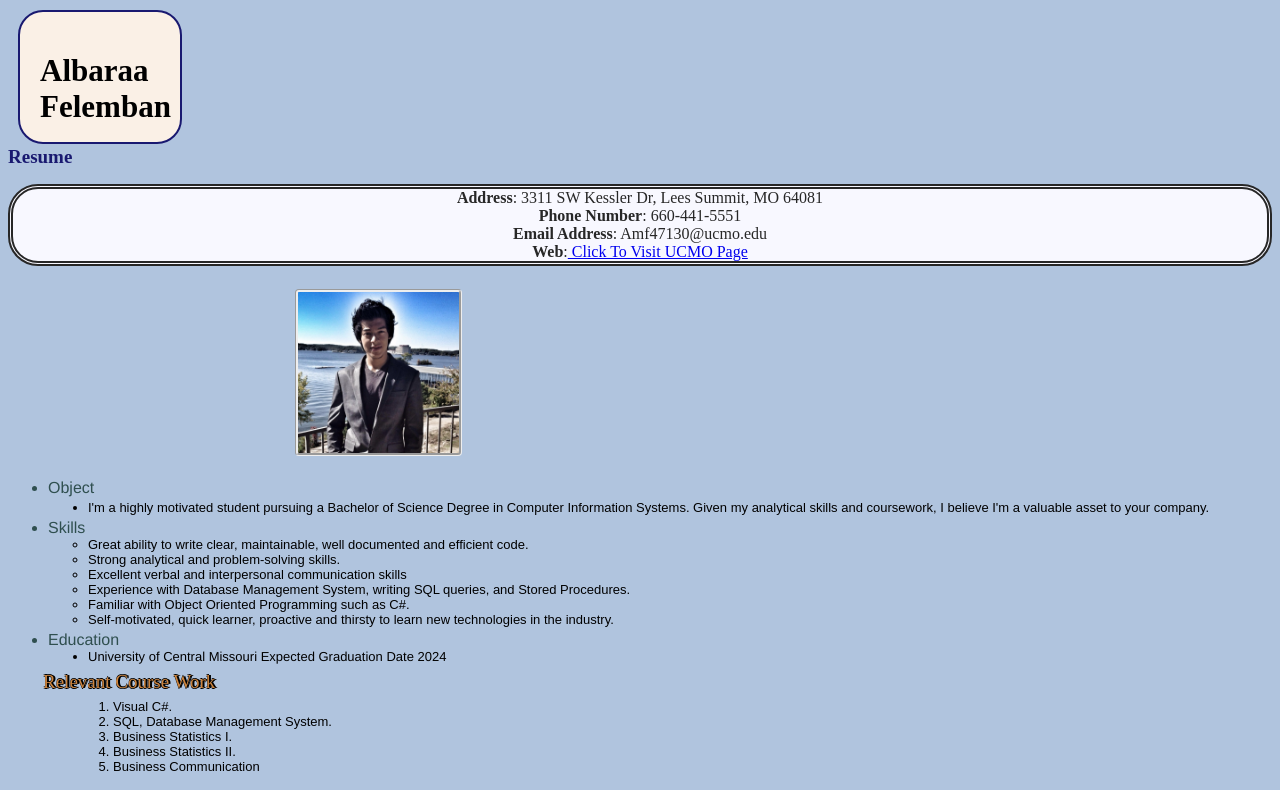
Repository: MrFelemban/RealEstate_Web-cis2625
Page: lesson1/index.html
The author's editor kept a record of every edit. The page is drawn from the files as they stood at one moment, then again after the next edit.
The browser window is 1280 px wide. The pictures show the whole page.

Above is the page before.

### lesson1/index.html
<!DOCTYPE html>

<head>
	<meta charset="UTF-8">
	<title> My Resume </title>
	<link rel="stylesheet" href="./Resume.css" type="text/css">
</head>

<body>
	<table name="top" id="top">
		<tr>
			<td>
				<img src="PersonalPhoto.jpg" alt="Profile Picture">
			</td>
			<div class="Div_Name">
				<h1> Albaraa Felemban</h1>
			</div>
			<h2>Resume</h2>
			<div class="myDiv">
				<b>Address</b>: 3311 SW Kessler Dr, Lees Summit, MO 64081</br>
				<b>Phone Number</b>: 660-441-5551</br>
				<b>Email Address</b>: Amf47130@ucmo.edu</br>
				<b>Web</b>:<a href=" http://www.ucmo.edu"> Click To Visit UCMO Page </a>
				</td>
		</tr>
		</div>
	</table>
	<ul>
		<li class="Subject">Object</li>

		<li id="Hook">I'm a highly motivated student pursuing a Bachelor of Science Degree in Computer Information Systems. Given my analytical skills and coursework, I believe I'm a valuable asset to your company.</li>

		<li class="Subject">Skills</li>

		<div class="Skills">
			<ul>
				<li>Great ability to write clear, maintainable, well documented and efficient code.</li>
				<li>Strong analytical and problem-solving skills.</li>
				<li>Excellent verbal and interpersonal communication skills</li>
				<li>Experience with Database Management System, writing SQL queries, and Stored Procedures.</li>
				<li>Familiar with Object Oriented Programming such as C#.</li>
				<li>Self-motivated, quick learner, proactive and thirsty to learn new technologies in the industry.</li>
			</ul>
		</div>
		<li class="Subject">Education</li>
		<li id="Education">
			University of Central Missouri Expected Graduation Date 2024
		</li>
	</ul>
	<p id="Courses">Relevant Course Work </p>
	<ol>
		<div class="Course_Work">
			<li>Visual C#.</li>
			<li>SQL, Database Management System.</li>
			<li>Business Statistics I.</li>
			<li>Business Statistics II.</li>
			<li>Business Communication</li>
		</div>
	</ol>
</body>
</html>

### lesson1/Resume.css
	body {
		background-color: #B0C4DE;
	}

	.myDiv {
		border: 5px double #272727;
		border-radius: 30px;
		background-color: #F8F8FF;
		text-align: center;
		list-style-position: inside;
		color: #272727;

	}

	img {
		width: 161px;
		height: 161px;
		margin-left: 170%;
		margin-top: 20px;
		text-align: justify;
		border-radius: 4px;
		border: groove;


	}

	.Div_Name {

		margin: 10px;
		padding: 5px;
		background: #FAF0E6;
		font-size: 97%;
		float: inherit;
		margin-bottom: 2px;
		list-style-position: inside;

		border-radius: 25px;
		border: 2px solid #191970;
		padding: 20px;
		width: 120px;
		height: 90px;
	}

	p {
		font-family: serif;
		font-size: 25px;
		color: black;
	}

	#Hook {
		font-family: sans-serif;
		color: black;
		font-size: 13px;
		margin-left: 40px;
		margin-top: 3px;
		text-align: justify;
	}

	.Subject {
		font-family: helvetica;
		color: #2F4F4F;
		text-align: justify;
		margin-top: 4px;

	}


	.Skills>ul li {
		color: black;
		font-family: sans-serif;
		font-size: 13px;

	}

	/* "Resume" word code*/
	h2 {
		color: #191970;
		font-size: 19px;
		font-family: Black Times;
		margin-top: 1px;

	}

	#Education {
		font-family: helvetica;
		color: Black;
		font-size: 13px;
		margin-left: 40px;
	}

	.Course_Work {
		font-family: sans-serif;
		font-size: 13px;
		margin-left: 65px;
	}

	#Courses {
		margin-top: -9px;
		margin-bottom: -10px;
		margin-left: 35px;
		font-size: 19px;
		color: #CD853F;
		text-shadow: 2px 0 black, 0 1px black, 1px 0 black, 0 -1px black;

	}

After the next edit:
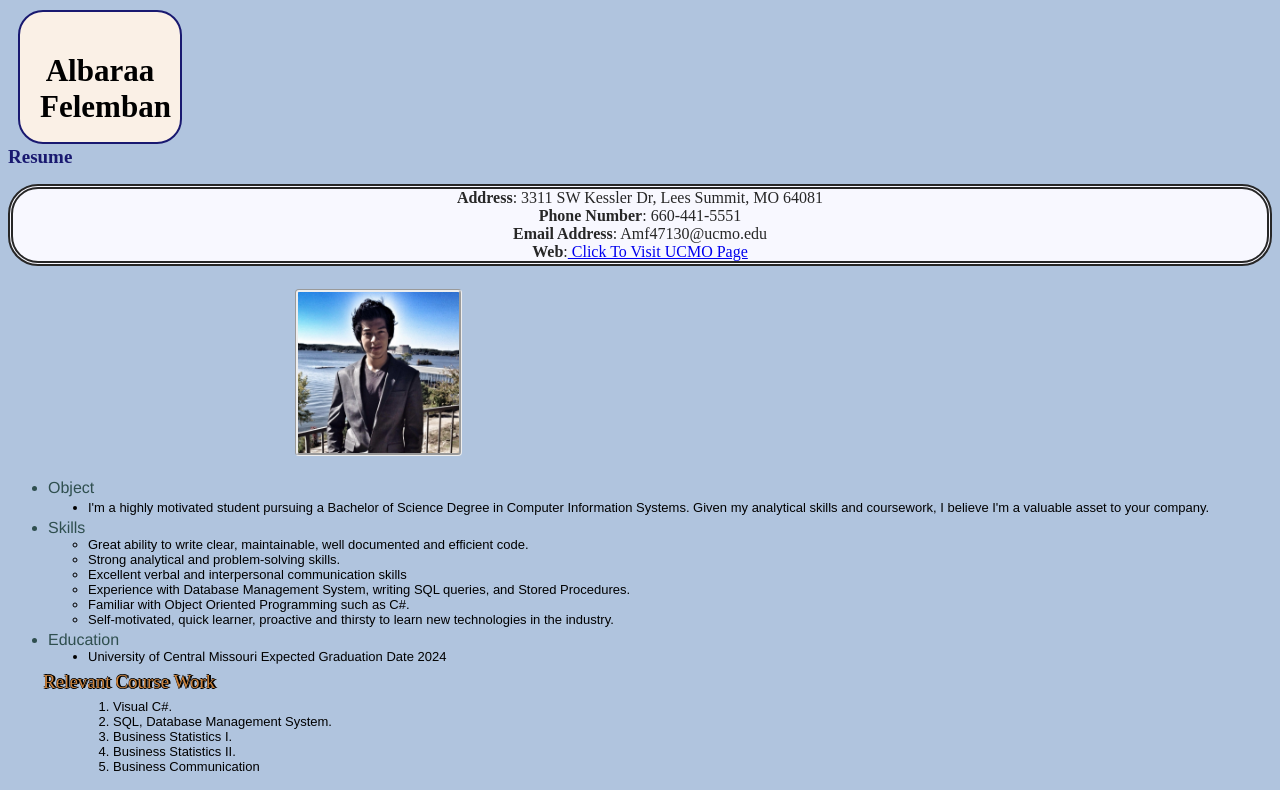
The edit:
--- a/lesson1/Resume.css
+++ b/lesson1/Resume.css
@@ -33,8 +33,9 @@
 		float: inherit;
 		margin-bottom: 2px;
 		list-style-position: inside;
-
+		text-shadow: inherit;
 		border-radius: 25px;
+		text-align: center;
 		border: 2px solid #191970;
 		padding: 20px;
 		width: 120px;
